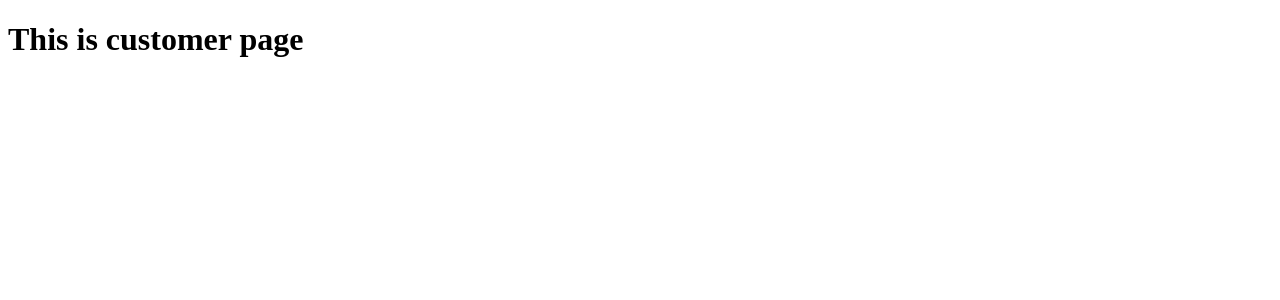
Repository: Jeevith-U/Advance-Java
Page: http://localhost/Food_App/customer.jsp
The author's editor kept a copy of each file at every save. The page is drawn from the files as they stood at one save, then again after the next save.
The browser window is 1280 px wide. The pictures show the whole page.
The page is served by Tomcat 9.

Above is the page before, as saved 2023-08-22 11:02:42.

After the next save:
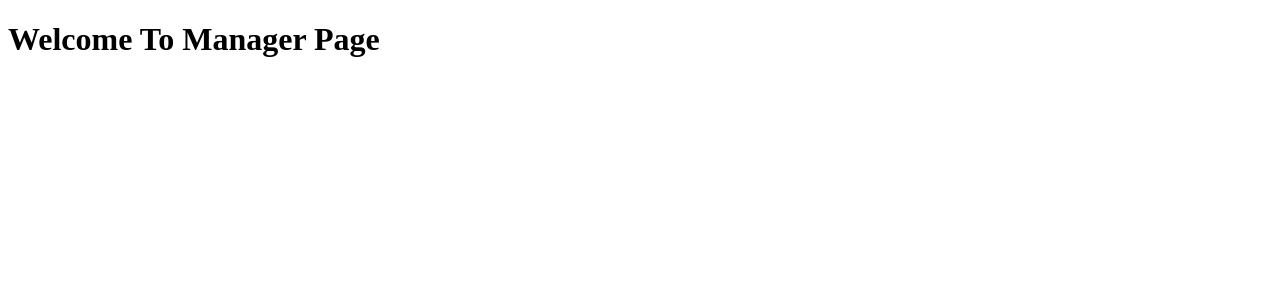
Saved 87 s later.
--- a/Projects/Food_App/src/main/webapp/customer.jsp
+++ b/Projects/Food_App/src/main/webapp/customer.jsp
@@ -8,7 +8,7 @@
 </head>
 <body>
 
-<h1>This is customer page</h1>
+<h1>Welcome To Manager Page</h1>
 
 </body>
 </html>
